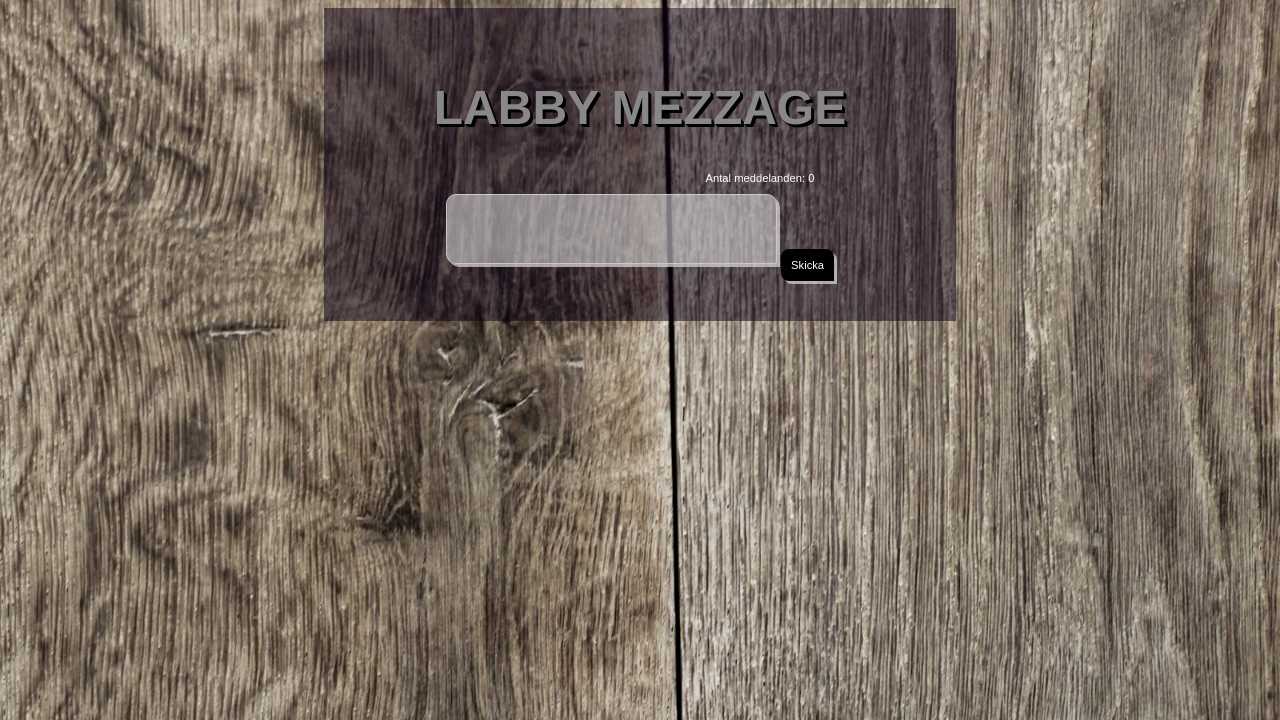
Repository: JeAut/1dv403-laborationer
Page: 2-labbymezzage/index.html
The author's editor kept a record of every edit. The page is drawn from the files as they stood at one moment, then again after the next edit.
The browser window is 1280 px wide. The pictures show the whole page.

Above is the page before.

After the next edit:
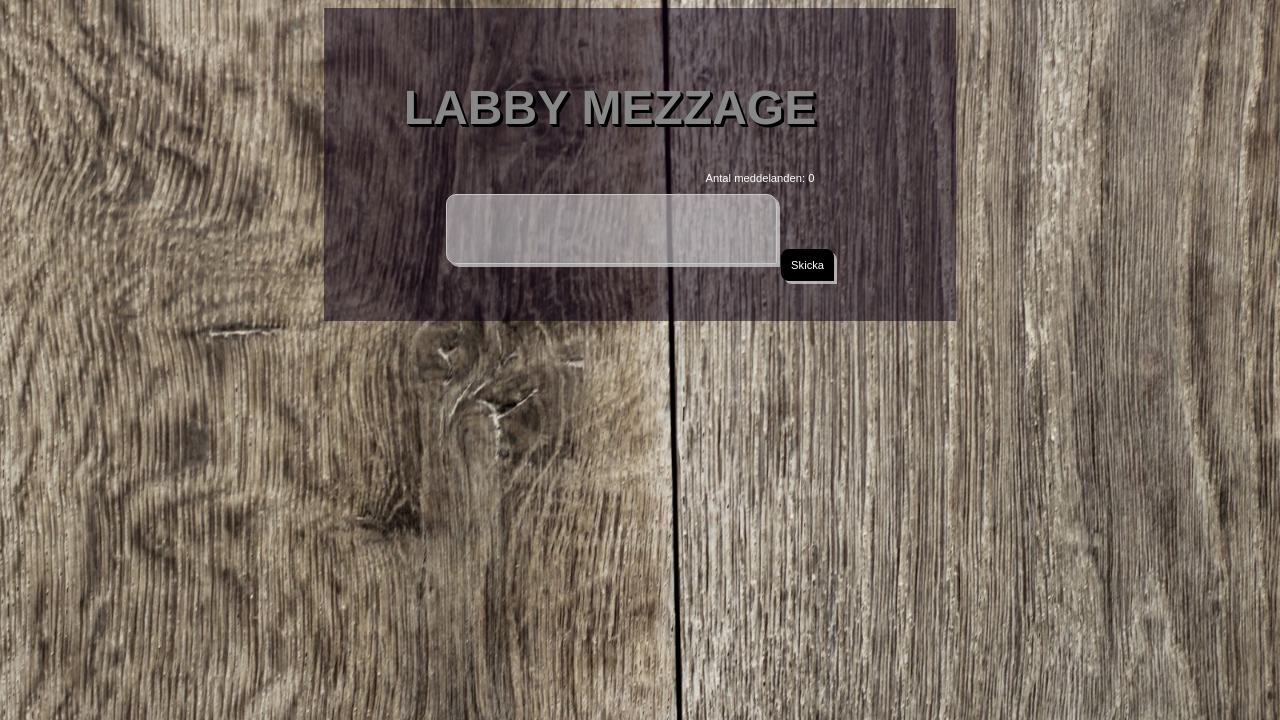
The edit:
--- a/2-labbymezzage/style.css
+++ b/2-labbymezzage/style.css
@@ -26,6 +26,7 @@
 }
 
 h1 {
+    margin-right:60px;
     color: #888;
     font-family: proxima-nova-1, proxima-nova-2, 'Helvetica Neue', Arial, sans-serif;
     font-size: 48px;
